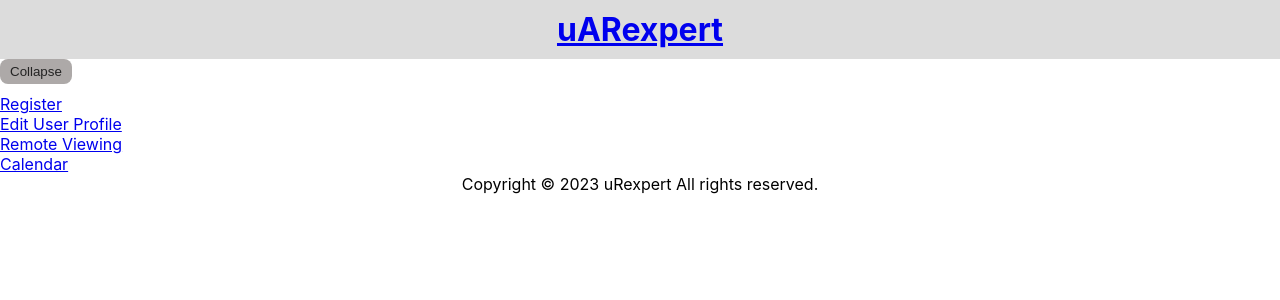
Repository: onionNguyen/Senior-Design-Project
Page: / (app in frontend/)
These files come from the project's save history. The page is drawn as it stood at one moment and after the next save; the edit follows.
The browser window is 1280 px wide. The pictures show the whole page.
The page's requests for data from a server got no answer. The project was rebuilt for these pictures with package versions that can differ from the ones it lists, and the page was loaded fresh each time. No one was signed in, and anything a server would have sent is missing. Also part of the build but not shown: frontend/src/components/form/Form.module.css, frontend/src/components/form/Input.js, frontend/src/components/pages/edit-user-profile/EditProfile.module.css, frontend/src/components/form/IndicatesRequired.js, frontend/src/components/form/MessageRibbon.js, frontend/src/components/pages/edit-user-profile/EditProfile.js, frontend/src/components/pages/login/Login.module.css, frontend/src/components/pages/login/Login.js and 7 more.

Above is the page before, as saved 2023-10-27 02:56:29.

### frontend/src/index.css
* {
  box-sizing: border-box;
  margin: 0;
  padding: 0;
}

body {
  font-family: -apple-system, BlinkMacSystemFont, "Segoe UI", "Roboto", "Oxygen",
    "Ubuntu", "Cantarell", "Fira Sans", "Droid Sans", "Helvetica Neue",
    sans-serif;
  -webkit-font-smoothing: antialiased;
  -moz-osx-font-smoothing: grayscale;
}

code {
  font-family: source-code-pro, Menlo, Monaco, Consolas, "Courier New",
    monospace;
}

### frontend/src/App.js
import { BrowserRouter as Router, Routes, Route } from "react-router-dom";
import EditProfile from "./components/pages/edit-user-profile/EditProfile";
import Login from "./components/pages/login/Login";
import Home from "./components/pages/home/Home";
import Register from "./components/pages/registration/Register";
import { AuthContext } from "./helpers/AuthContext";
import { useState, useEffect } from "react";
import axios from "axios";
import NotFound from "./components/pages/error/NotFound";
import Calendar from "./components/pages/calendar/Calendar";
import RemoteViewing from "./components/pages/remote-viewing/RemoteViewing";

function App() {
  const [authState, setAuthState] = useState({
    id: 0,
    name: "",
    email: "",
    status: false,
  });

  useEffect(() => {
    axios
      .get("http://localhost:5000/auth", {
        headers: {
          accessToken: localStorage.getItem("accessToken"),
        },
      })
      .then((response) => {
        console.log(response.data);
        if (response.data.error) {
          setAuthState({
            ...authState,
            status: false,
          });
        } else {
          setAuthState({
            id: response.data.id,
            name: response.data.name,
            email: response.data.email,
            status: true,
          });
        }
      });
  }, [authState]);

  return (
    <AuthContext.Provider value={{ authState, setAuthState }}>
      <Router>
        <Routes>
          <Route path="/" exact element={<Home />} />
          <Route path="/register" exact element={<Register />} />
          <Route path="/login" exact element={<Login />} />
          <Route path="/profile/edit" exact element={<EditProfile />} />
          <Route path="/calendar" exact element={<Calendar />} />
          <Route path="/remote-viewing" exact element={<RemoteViewing />} />
          <Route path="*" exact element={<NotFound />} />
        </Routes>
      </Router>
    </AuthContext.Provider>
  );
}

export default App;

### frontend/src/components/pages/home/Home.js
import React, { useEffect, useContext } from "react";
import SideNav from "../../sidenav/SideNav";
import Footer from "../../footer/Footer";
import Header from "../../header/Header";
import styles from "./Home.module.css";
import { AuthContext } from "../../../helpers/AuthContext";
import Unauthorized from "../error/Unauthorized";

const Home = () => {
  const { authState } = useContext(AuthContext);

  return authState ? (
    <div>
      <Header />
      <SideNav />
      <Footer />
    </div>
  ) : (
    <Unauthorized />
  );
};

export default Home;

### frontend/src/components/footer/Footer.js
import React from "react";
import styles from "./Footer.module.css";

const Footer = () => {
  return (
    <div className={styles["footer"]}>
      <p>Copyright &copy; 2023 uRexpert All rights reserved.</p>
    </div>
  );
};

export default Footer;

### frontend/src/components/header/Header.js
import React from "react";
import styles from "./Header.module.css";
import { useContext } from "react";
import { AuthContext } from "../../helpers/AuthContext";
import { useNavigate, Link } from "react-router-dom";

const Header = () => {
  const { authState, setAuthState } = useContext(AuthContext);
  const navigate = useNavigate();

  const logout = () => {
    localStorage.removeItem("accessToken");
    setAuthState({
      id: 0,
      name: "",
      email: "",
      status: false,
    });
    navigate("/login");
  };

  return (
    <div className={styles["header"]}>
      <Link to="/">
        <h1>uARexpert</h1>
      </Link>
      {authState.status && <h2>{authState.name}</h2>}
      {authState.status && <button onClick={logout}>Logout</button>}
    </div>
  );
};

export default Header;

### frontend/src/components/sidenav/SideNav.js
import React, { useState } from "react";
import styles from "./SideNav.module.css";
import { Link } from 'react-router-dom';

const SideNav = (props) => {
  const [isOpen, setIsOpen] = useState(true);  // Add this line

  return (
    <div className={isOpen ? styles.sidenav : styles.sidenavCollapsed}>
      <button onClick={() => setIsOpen(!isOpen)}>
        {isOpen ? "Collapse" : "Extend"}
      </button>
      <ul className={styles.listGroup}>
        <li className={styles.listItem}>
          <Link to="/register">Register</Link>
        </li>
        <li className={styles.listItem}>
          <Link to="/profile/edit">Edit User Profile</Link>
        </li>
        <li className={styles.listItem}>
          <Link to="/remote-viewing">Remote Viewing</Link>
        </li>
        <li className={styles.listItem}>
          <Link to="/calendar">Calendar</Link>
        </li>
      </ul>
    </div>
  );
};

export default SideNav;

### frontend/src/components/header/Header.module.css
.header {
  display: flex;
  justify-content: center;
  align-items: center;
  background-color: gainsboro;
  padding: 10px 20px;
}

.left-aligned {
  display: flex;
  align-items: center;
}

#logo img {
  margin-right: 15px; /* Adjust as needed */
}

### frontend/src/components/sidenav/SideNav.module.css
.sidenavCollapsed {
  height: 100vh;
  width: 50px; /* Reduced width when collapsed */
  z-index: 1;
  top: 0;
  left: 0;
  background-color: #232323;
  transition: 0.5s ease;
  overflow-x: hidden;
  padding: 20px 5px; /* Reduced padding when collapsed */
  display: flex;
  flex-direction: column;
  align-items: center;
  position: fixed;
}

/* Optional: Style links to hide text and show only icons when collapsed (if you have icons) */
.sidenavCollapsed .listItem a {
  display: none;
}

/* Optional: Style for the button to toggle the SideNav */
button {
  margin-bottom: 10px;
  background-color: #ada9a8;
  border: none;
  padding: 5px 10px;
  border-radius: 8px;
  color: #232323;
  cursor: pointer;
  transition: background-color 0.3s ease;
}

button:hover {
  background-color: #7a7675;
}

Loaded but not shown: frontend/public/index.html (common file); frontend/src/index.js (common file); frontend/src/reportWebVitals.js (common file); frontend/src/helpers/AuthContext.js (common file); frontend/src/components/footer/Footer.module.css (common file)

After the next save:
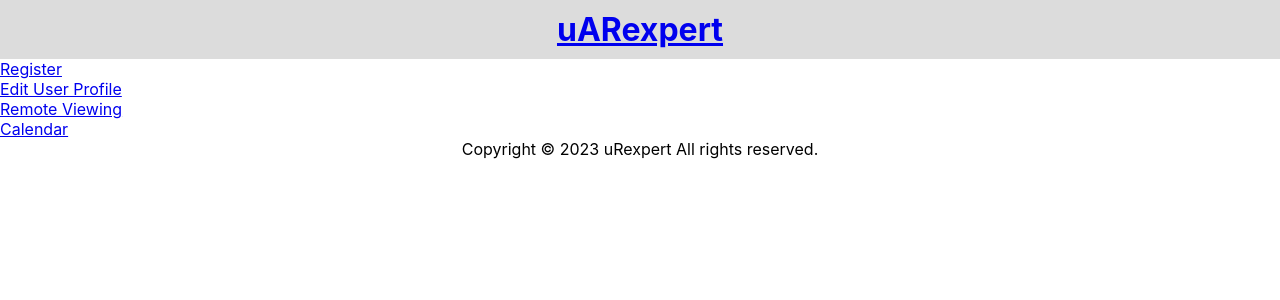
Saved 23 s later.
--- a/frontend/src/components/sidenav/SideNav.js
+++ b/frontend/src/components/sidenav/SideNav.js
@@ -1,15 +1,10 @@
-import React, { useState } from "react";
+import React from "react";
 import styles from "./SideNav.module.css";
 import { Link } from 'react-router-dom';
 
 const SideNav = (props) => {
-  const [isOpen, setIsOpen] = useState(true);  // Add this line
-
   return (
-    <div className={isOpen ? styles.sidenav : styles.sidenavCollapsed}>
-      <button onClick={() => setIsOpen(!isOpen)}>
-        {isOpen ? "Collapse" : "Extend"}
-      </button>
+    <div className={styles.sidenav}>
       <ul className={styles.listGroup}>
         <li className={styles.listItem}>
           <Link to="/register">Register</Link>
